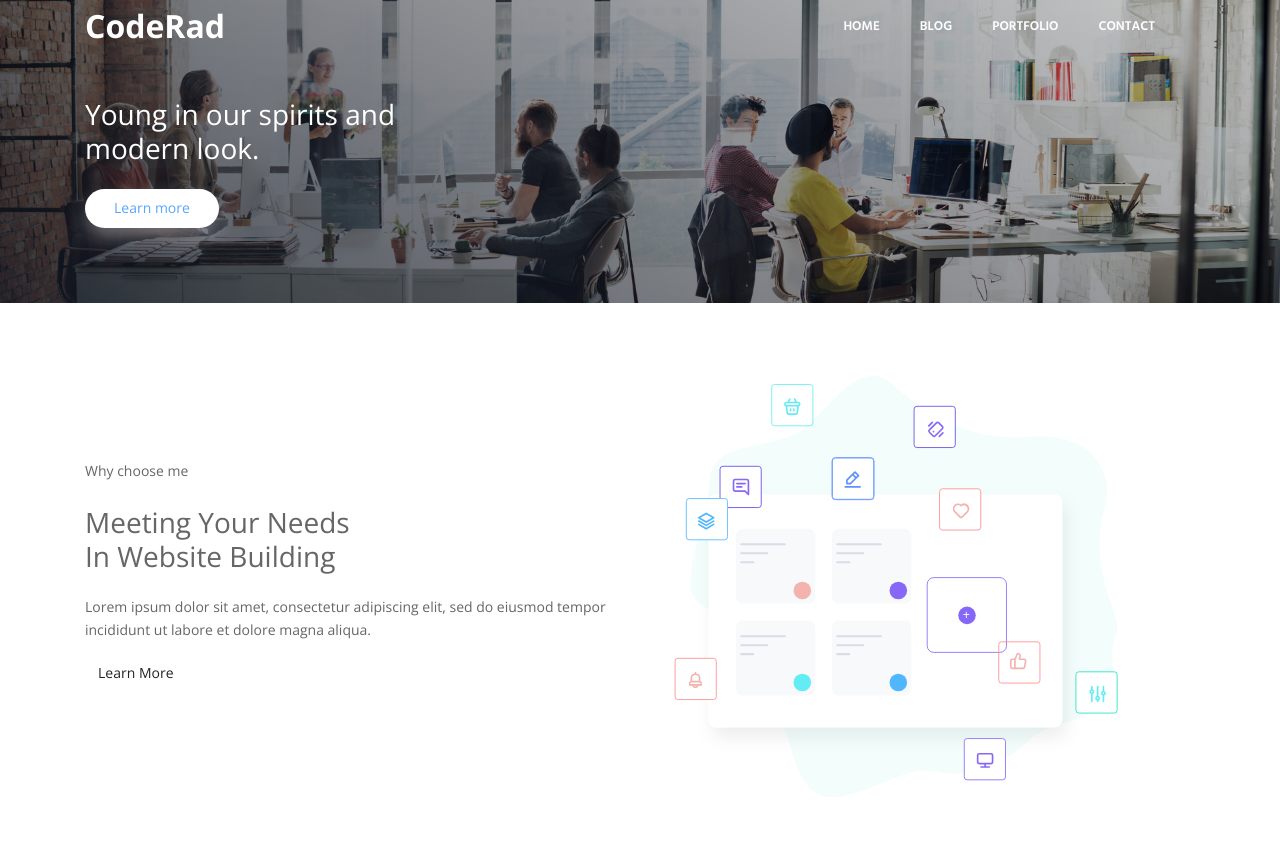
Repository: Sc-Juju/CodeRad
Page: index.html
These files come from the project's save history. The page is drawn as it stood at one moment and after the next save; the edit follows.
The browser window is 1280 px wide. The pictures show the whole page.

Above is the page before, as saved 2022-11-01 14:36:52.

### index.html
<!DOCTYPE html>
<html>
	<head>
		<meta charset="utf-8" />
		<meta http-equiv="X-UA-Compatible" content="IE=edge" />
		<title>CodeRad</title>
		<meta name="description" content="" />
		<meta name="viewport" content="width=device-width, initial-scale=1" />

		<link
			href="https://fonts.googleapis.com/css2?family=Open+Sans:wght@300;400;600;700&display=swap"
			rel="stylesheet"
		/>
		<link
			href="https://fonts.googleapis.com/css2?family=Hind:wght@300;400;500;600;700&display=swap"
			rel="stylesheet"
		/>

		<link rel="stylesheet" href="./css/default.css" />
		<link rel="stylesheet" href="./css/styles.css" />
		<link rel="stylesheet" href="./css/responsive.css" />
	</head>
	<body>
		<nav class="navbar nav">
			<div class="container">
				<button
					class="navbar-toggler"
					aria-expanded="false"
					aria-controls="navbarDropdown"
				>
					<span>&#9776;</span>
				</button>
				<a class="navbar-brand" href="index.html">CodeRad</a>
				<ul class="navbar-nav">
					<li class="nav-link">
						<a href="#">Home</a>
					</li>

					<li class="nav-link">
						<a href="#">Blog</a>
					</li>
					<li class="nav-link">
						<a href="#">Portfolio</a>
					</li>
					<li class="nav-link">
						<a href="#">Contact</a>
					</li>
				</ul>
			</div>
		</nav>

		<header class="bg-header">
			<div class="container">
				<div class="hero-wrapper">
					<h2 class="hero-header">
						Young in our spirits and <br />
						modern look.
					</h2>
					<a class="btn btn-white" href="#">Learn more</a>
				</div>
			</div>
		</header>
		<section>
			<div class="container why-me-wrapper">
				<div class="block-text">
					<span>Why choose me</span>
					<h2>
						Meeting Your Needs <br />
						In Website Building
					</h2>
					<p>
						Lorem ipsum dolor sit amet, consectetur adipiscing elit,
						sed do eiusmod tempor incididunt ut labore et dolore
						magna aliqua.
					</p>
					<a href="" class="btn">Learn More</a>
				</div>
				<div>
					<img src="./CodeRad-assets/image2.svg" alt="Icon Chart" />
				</div>
			</div>
		</section>
	</body>
</html>

### css/default.css
:root{
    --white:#fff;
    --black: #000;
    --font-color-base:#666;
    --font-color-dark:#212529;
    --font-color-light:#b0aebe;
    --font-color-link:#57a6ff;
    --footer:#34314b;
    --footer-base:2e2b45;
    --contrast:var(--font-color-light);
    --success: #64ecf5;
    --danger:#ff8b8d;
    --grad-1:#a1ecff;
    --grad-2:#7dbcff;


    --size-10:0.625rem;
    --size-14:0.875rem;
    --size-16:1rem;
    --size-18:1.125rem;
    --size-20:1.25rem;
    --size-30:1.875rem;
    --size-40:2.5rem;
    --size-50:3.125rem;
    --size-100:6.25rem;
    --size-150:9.375rem;
}
body{
    font-family:"Open Sans", sans-serif;
    font-weight: 400;
    font-size:0.875rem;
    line-height: 1.6;
    letter-spacing: 0;
    color: var(--font-color-base);
    margin:0;
    padding:0;
}
*,
::after,
::before{
    box-sizing: border-box;
}
ul{
    padding:0;
    margin:0;
    list-style: none;
}
a {text-decoration: none;}
p {margin-top:0;}
h2{
    font-size:1.75rem;
    font-weight:500;
    line-height:1.2;
}
img {
    width:100%;
    max-width:100%;
    vertical-align:middle;
    border-style: none;
}
.container{
    width: 100%;
    padding-left:15px;
    padding-right:15px;
    margin-right:auto;
    margin-left:auto;
}

.btn{
    display: inline-block;
    font-weight: 400;
    color: var(--font-color-dark);
    text-align: center;
    cursor: pointer;
    user-select: none;
    background-color: transparent;
    border: 1px solid transparent;
    padding: .375rem .75rem;
    border-radius:1.25rem;
    transition: ease-in-out .3s;
}
.btn-white{
    background-color: var(--white);
    color: var(--font-color-link);
    box-shadow: 0px 10px 20px rgba(255, 255, 255, .35);
    padding: .475rem 1.75rem;
}

@media (min-width:1200px){
    .container{ max-width: 1140px; }
}

### css/styles.css
.navbar{
    position: fixed;
    top: 0;
    right: 0;
    left: 0;
    z-index: 200;
    transition: ease-in-out .3s;
}
[aria-controls="navbarDropdown"]{
    display:none;
}
.navbar-nav{
    display: flex;
    align-items: center;
}
.navbar .container{
    display: flex;
    align-items: center;
}
.navbar-brand{
    margin-right:auto;
    font-size: 2rem;
    font-weight: 700;
    width: 100%;
    transition: ease-in-out .3s;
    color: var(--white);

}
.bg-header{
    background-image: url(../CodeRad-assets/bg-header-1.jpg);
    background-color: var(--footer);
    background-repeat: no-repeat;
    background-size: cover;
    background-position:50% 20%;
    position: relative;
    z-index: 1;
    padding: 4.6875rem 0;
}
.bg-header::before{
    background-image: linear-gradient(30deg,
    rgba(21,27,38, .8)0%,
    rgba(0,0,0,.2)100%);
    position: absolute;
    content:"";
    top: 0;
    left: 0;
    right: 0;
    bottom: 0;
    width: 100%;
    height: 100%;
    z-index: -1;
}
.nav-link a{
    color: var(--white);
    font-size: .8125rem;
    font-weight: 600;
    font-family: "Hind", sans-serif;
    text-transform: uppercase;
    margin-right: 2.5rem;
    line-height: 1.25rem;
}
.hero-header{
    color: var(--white);
}
.why-me-wrapper{
    display: flex;
    align-items: center;
}
.why-me-wrapper div{
    flex: 1;
}

Loaded but not shown: css/responsive.css (no copy from this time; the picture is the same without it)

After the next save:
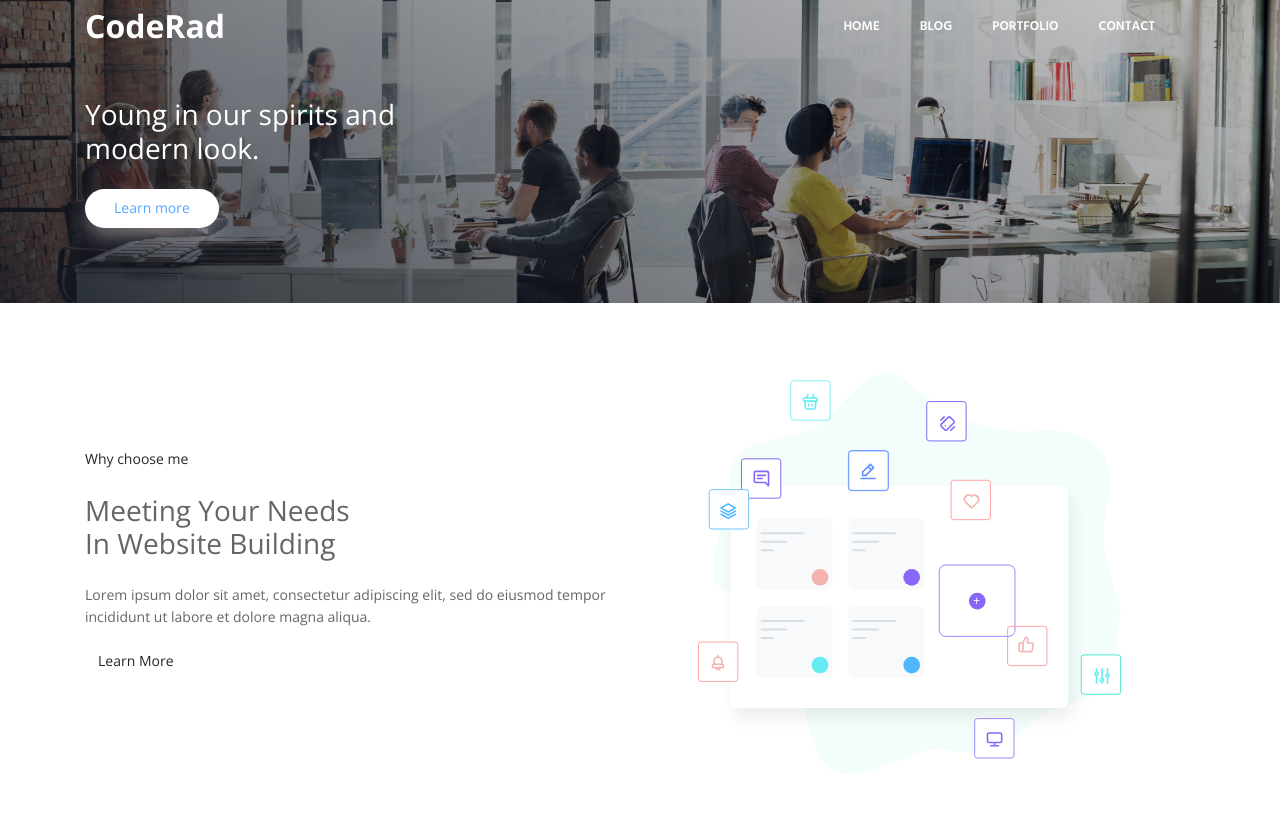
Saved 35 min 49 s later.
--- a/css/styles.css
+++ b/css/styles.css
@@ -69,3 +69,18 @@
 .why-me-wrapper div{
     flex: 1;
 }
+.block-text{
+    padding-right: var(--size-50);
+}
+.block-text span{
+    color: var(--font-color-dark);
+    font-weight: 300;
+.block-text h2{
+    font-size: var(--size-40);
+    font-family: "Hind", sans-serif;
+    font-weight: 600;
+    color: var(--font-color-dark);
+    margin-bottom: var(--size-20);
+    line-height: 1.3;
+    margin-top: 0.5rem;
+}
